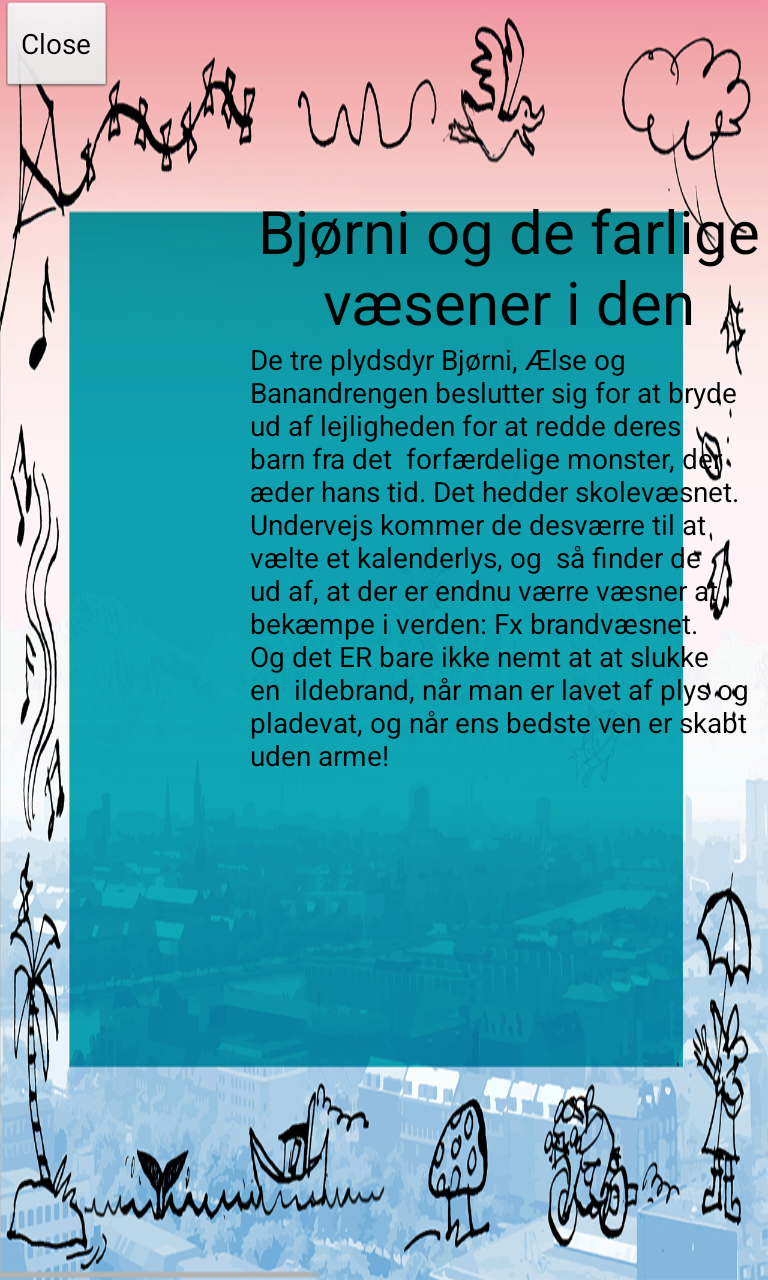
Repository: DreadMuffin/work
Layout: tablets/Historie/res/layout/popup3.xml
The author's editor kept a copy of each file at every save. The layout is drawn from the files as they stood at one save, then again after the next save.
It is drawn on a 768 x 1280 px phone screen (xhdpi) without system bars, with theme android:Theme.NoTitleBar; the app's code is not run.

Above is the layout before, as saved 2015-02-26 04:41:22.

After the next save:
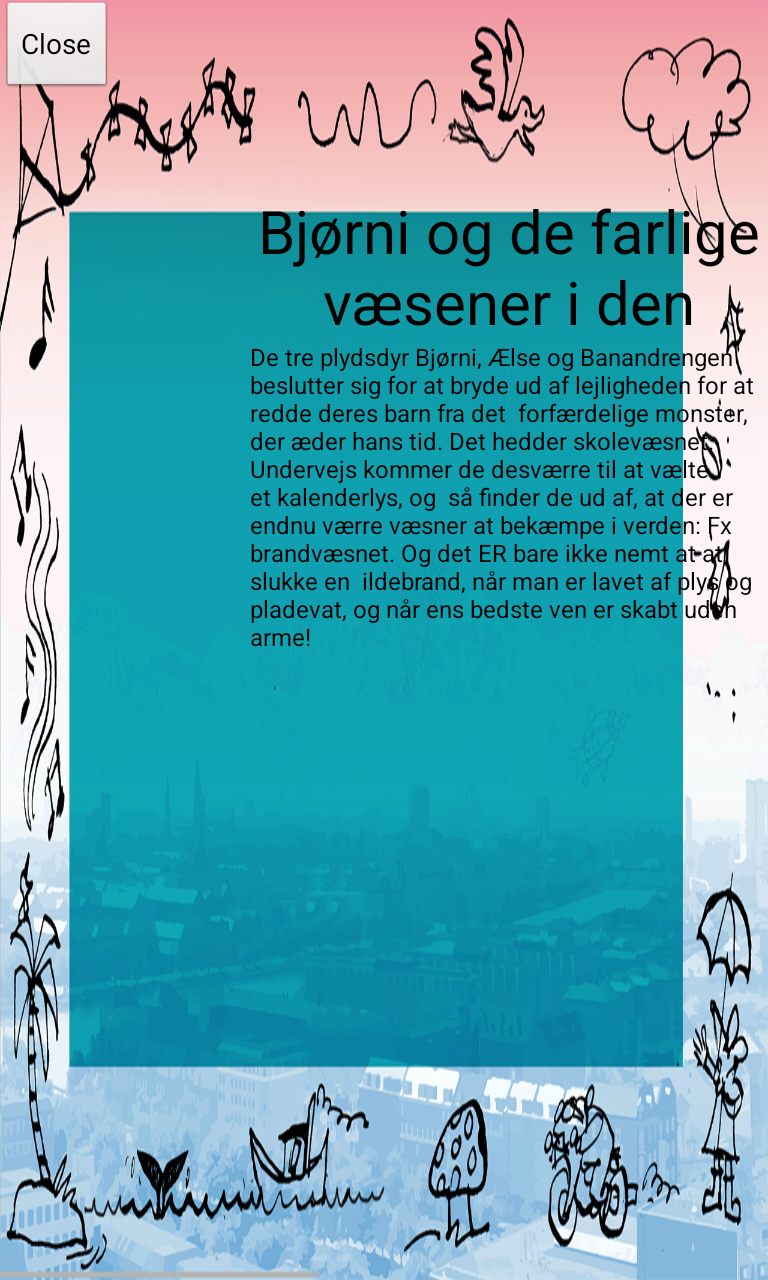
Saved 15 s later.
--- a/tablets/Historie/res/layout/popup3.xml
+++ b/tablets/Historie/res/layout/popup3.xml
@@ -21,6 +21,7 @@
 	    android:layout_marginLeft="125dp"
 	    android:layout_paddingtop="50dp"
 	    android:textColor="#000000"
+	    android:textSize="12sp"
 	    android:text="De tre plydsdyr Bjørni, Ælse og Banandrengen beslutter sig for at bryde ud af lejligheden for at redde deres barn fra det
 forfærdelige monster, der æder hans tid. Det hedder skolevæsnet. Undervejs kommer de desværre til at vælte et kalenderlys, og
 så finder de ud af, at der er endnu værre væsner at bekæmpe i verden: Fx brandvæsnet. Og det ER bare ikke nemt at at slukke en
